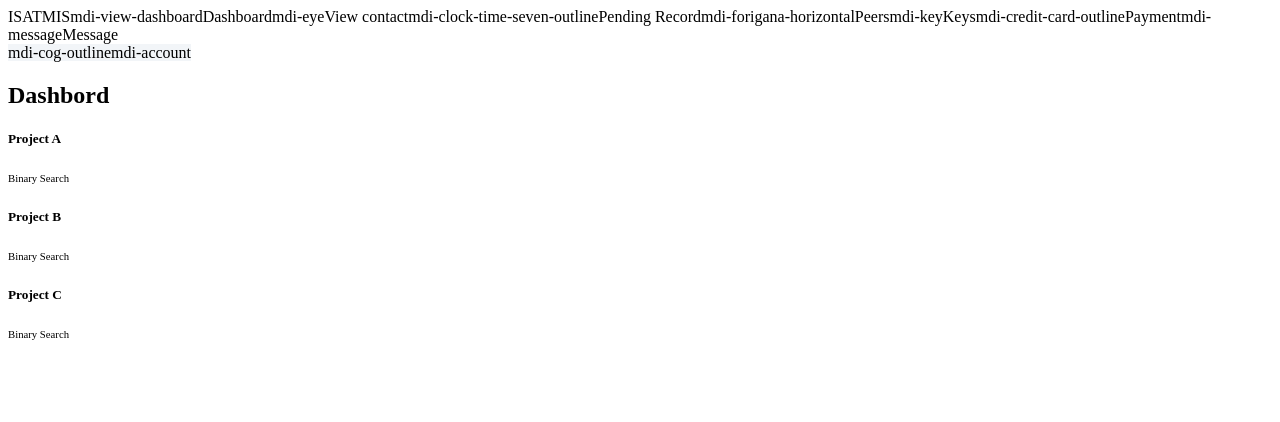
Repository: umarrg/isatmis
Page: /home
The author's editor kept a copy of each file at every save. The page is drawn from the files as they stood at one save, then again after a run of saves.
The browser window is 1280 px wide. The pictures show the whole page.
The project was rebuilt for these pictures with package versions that can differ from the ones it lists, and the page was loaded fresh each time. Also part of the build but not shown: vue.config.js. Imported but missing from the stored project, and not drawn on this page: src/plugins/vuetify.

Above is the page before, as saved 2021-01-26 00:43:19.

### src/App.vue
<template>
  <v-app>
    <navbar v-if="$route.meta.showHeader == true"/>
    <v-main>
      <router-view></router-view>
    </v-main>
  </v-app>
</template>

<script>
import navbar from '../src/components/Navbar'
export default {
  name: 'App',

  components: {
   navbar
  },

  data: () => ({
    //
  }),
};
</script>

### src/router/index.js
import Vue from 'vue'
import VueRouter from 'vue-router'
import Home from '../views/Home.vue'

Vue.use(VueRouter)

const routes = [
  {
    path: '/home',
    name: 'Home',
    component: Home,
    meta: {
      showHeader: true,
    },
  },
  {
    path: '/education',
    name: 'Education',

    meta: {
      showHeader: true,
    },
    // route level code-splitting
    // this generates a separate chunk (about.[hash].js) for this route
    // which is lazy-loaded when the route is visited.
    component: () => import(/* webpackChunkName: "about" */ '../views/edu.vue')
  },
  {
    path: '/',
    name: 'Signin',

    meta: {
      showHeader: false,
    },
    // route level code-splitting
    // this generates a separate chunk (about.[hash].js) for this route
    // which is lazy-loaded when the route is visited.
    component: () => import(/* webpackChunkName: "about" */ '../views/signin.vue')
  },

  {
    path: '/land',
    name: 'Land',

    meta: {
      showHeader: true,
    },
    // route level code-splitting
    // this generates a separate chunk (about.[hash].js) for this route
    // which is lazy-loaded when the route is visited.
    component: () => import(/* webpackChunkName: "about" */ '../views/land.vue')
  },
  {
    path: '/view',
    name: 'view',

    meta: {
      showHeader: true,
    },
    // route level code-splitting
    // this generates a separate chunk (about.[hash].js) for this route
    // which is lazy-loaded when the route is visited.
    component: () => import(/* webpackChunkName: "about" */ '../views/view.vue')
  },
  {
    path: '/peers',
    name: 'peers',

    meta: {
      showHeader: true,
    },
    // route level code-splitting
    // this generates a separate chunk (about.[hash].js) for this route
    // which is lazy-loaded when the route is visited.
    component: () => import(/* webpackChunkName: "about" */ '../views/peers.vue')
  },
  {
    path: '/message',
    name: 'message',

    meta: {
      showHeader: true,
    },
    // route level code-splitting
    // this generates a separate chunk (about.[hash].js) for this route
    // which is lazy-loaded when the route is visited.
    component: () => import(/* webpackChunkName: "about" */ '../views/message.vue')
  },
  {
    path: '/medical',
    name: 'Medical',

    meta: {
      showHeader: true,
    },
    // route level code-splitting
    // this generates a separate chunk (about.[hash].js) for this route
    // which is lazy-loaded when the route is visited.
    component: () => import(/* webpackChunkName: "about" */ '../views/medical.vue')
  },
  {
    path: '/pending',
    name: 'pending',

    meta: {
      showHeader: true,
    },
    // route level code-splitting
    // this generates a separate chunk (about.[hash].js) for this route
    // which is lazy-loaded when the route is visited.
    component: () => import(/* webpackChunkName: "about" */ '../views/pending.vue')
  }

]

const router = new VueRouter({
  mode: 'history',
  base: process.env.BASE_URL,
  routes
})

export default router

### src/components/Navbar.vue
<template>
  <nav>
    <!-- <v-app-bar app flat color="white">
      <v-app-bar-nav-icon
        tile
        dark
        small
        @click="drawer = !drawer"
        class="black--text "
      ></v-app-bar-nav-icon>
      <v-spacer></v-spacer>
      <div>
        <v-menu offset-y>
          <template v-slot:activator="{ on, attrs }">
            <v-btn icon small class="mr-2" v-on="on" v-bind="attrs">
              <v-icon color="black">mdi-cog-outline</v-icon>
            </v-btn>
          </template>
        </v-menu>

        <v-btn to="/profile" v-rounded icon>
          <v-list-item-avatar color="black" class="ml-4">
            <v-img
              src="../assets/bi.png"
              size="30"
            ></v-img>
          </v-list-item-avatar>
        </v-btn>
      </div>
    </v-app-bar> -->
    <v-navigation-drawer v-model="drawer"  app color="">
      <v-layout column align-center>
        <v-flex class="mt-7 mb-8">
          <span class="text-h4 white--text font-weight-light">
            <span class="blue--text font-weight-black">I</span>
            <span class="blue--text font-weight-black">S</span>
            <span class="blue--text font-weight-black">A</span>
            <span class="blue--text font-weight-black">T</span>
            <span class="blue--text font-weight-black">M</span>
            <span class="blue--text font-weight-black">I</span>
            <span class="blue--text font-weight-black">S</span>
          </span>
        </v-flex>
      </v-layout>

      <v-list dense nav>
        <v-list-item
         class=""
          active-class=" blue--text border"
          v-for="link in links"
          :key="link.icon"
          :to="link.route"
        >
          <v-list-item-action>
            <v-icon>{{ link.icon }}</v-icon>
          </v-list-item-action>
          <v-list-item-content>
            <v-list-item-title class="font-weight-light">{{
              link.text
            }}</v-list-item-title>
          </v-list-item-content>
        </v-list-item>
      </v-list>

    </v-navigation-drawer>
  </nav>
</template>

<script>
export default {
  data: () => ({
    drawer: true,
    links: [
      { icon: "mdi-view-dashboard", text: "Dashboard", route: "/home" },
      { icon: "mdi-eye", text: "View contact", route: "/view" },
      {
        icon: "mdi-clock-time-seven-outline",
        text: "Pending Record",
        route: "/pending",
      },
      { icon: "mdi-forigana-horizontal", text: "Peers", route: "/peers" },
      { icon: "mdi-key", text: "Keys", route: "/keys" },
      { icon: "mdi-credit-card-outline", text: "Payment", route: "/payment" },
      { icon: "mdi-message", text: "Message", route: "/message" },
    ],

    offset: true,
  }),

};
</script>

<style>
.border {
  border-bottom: 4px solid #00b0f0
}

</style>

### src/views/Home.vue
<template>
  <v-app class="custom__bg">
    <v-container>
      <v-col cols="12">
        <v-row >
          <v-col cols="12" md="12" sm="8" class=" mt-3">
            <v-card>
              <v-row>
                <v-col cols="10">
                  <v-text-field
                    dense
                    hide-details
                    prepend-inner-icon="mdi-search"
                    rounded
                    elevation-4
                   placeholder="Search"
                  ></v-text-field>
                </v-col>
                <v-col cols="1" class="px-0">
                  <v-icon color="black">mdi-cog-outline</v-icon>
                </v-col>
                <v-col cols="1" class="px-0">
                 <v-icon>mdi-account</v-icon>
                </v-col>
              </v-row>
            </v-card>
          </v-col>
        </v-row>
        <v-col cols="12" class="mt-3">
          <div>
            <h2>Dashbord</h2>
          </div>
        </v-col>
        <v-col cols="12" class="py-0">
          <v-divider></v-divider>
        </v-col>

      <v-row >
        <v-col cols="12" md="4" sm="6">
          <v-alert border="bottom" colored-border color="teal" elevation="2">
            <h5>Project A</h5>
            <h6 class="custom__font">Binary Search</h6>
          </v-alert>
        </v-col>
        <v-col cols="12" md="4" sm="6">
          <v-alert border="bottom" colored-border color="blue" elevation="2">
            <h5>Project B</h5>
            <h6 class="custom__font">Binary Search</h6>
          </v-alert>
        </v-col>
        <v-col cols="12" md="4" sm="6">
          <v-alert border="bottom" colored-border color="red" elevation="2">
            <h5>Project C</h5>
            <h6 class="custom__font">Binary Search</h6>
          </v-alert>
        </v-col>
      </v-row>

      </v-col>
    </v-container>
  </v-app>
</template>

<style scoped>
.custom__bg{
  background: #F2F5F8
}
.custom__font{
  font-weight: 500;
}
</style>

Loaded but not shown: public/index.html (common file); src/main.js (common file)

After the next 2 saves:
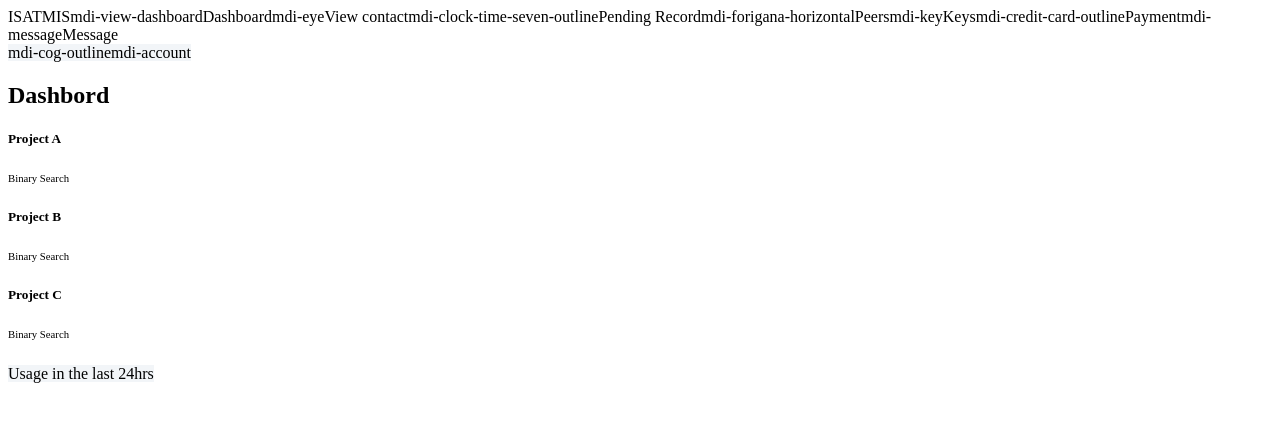
The 2 saves are shown as one change because they came seconds apart.
The last was saved 43 s later.
--- a/src/views/Home.vue
+++ b/src/views/Home.vue
@@ -55,7 +55,26 @@
           </v-alert>
         </v-col>
       </v-row>
-
+      <v-col>
+         <v-col cols="12" lg="12" md="12" sm="12" class="pa-2 pt-0">
+            <v-card outlined tile>
+              <template>
+                <div class="chart">
+                  <GChart
+                    type="LineChart"
+                    :data="chartData"
+                    :options="chartOptions"
+                  />
+                </div>
+              </template>
+              <v-card-text>
+                <span class="text-center">
+                  Usage in the last 24hrs
+                </span></v-card-text
+              >
+            </v-card>
+          </v-col>
+      </v-col>
       </v-col>
     </v-container>
   </v-app>
